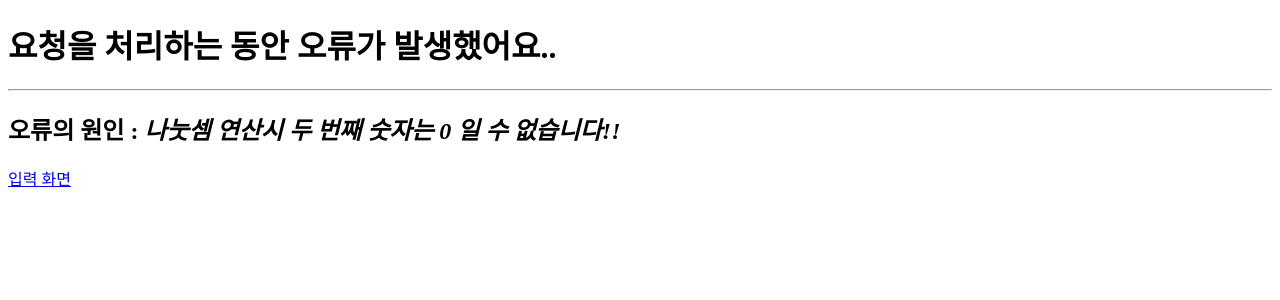
Repository: kdg0109/multicampus_course
Page: http://localhost/mvc/jspexam/errorResult.jsp
The author's editor kept a copy of each file at every save. The page is drawn from the files as they stood at one save, then again after the next save.
The browser window is 1280 px wide. The pictures show the whole page.
The page is served by Tomcat 9. Other server files are loaded and not shown.

Above is the page before, as saved 2018-02-09 05:50:59.

### web course/workspace_web/mvc/WebContent/jspexam/errorResult.jsp
<%@ page language="java" contentType="text/html; charset=UTF-8"
    pageEncoding="UTF-8"%>
<!DOCTYPE html>
<html>
<head>
<meta charset="UTF-8">
<title>연산 결과</title>
<style>
	p em {
		color : orange;
	}
</style>
</head>
<body>
	<h1>요청을 처리하는 동안 오류가 발생했어요..</h1>
	<hr>
<h2>오류의 원인 : <em>나눗셈 연산시 두 번째 숫자는 0 일 수 없습니다!!</em></h2>
<a	href="/mvc/calcForm.html">입력 화면</a>
</body>
</html>

After the next save:
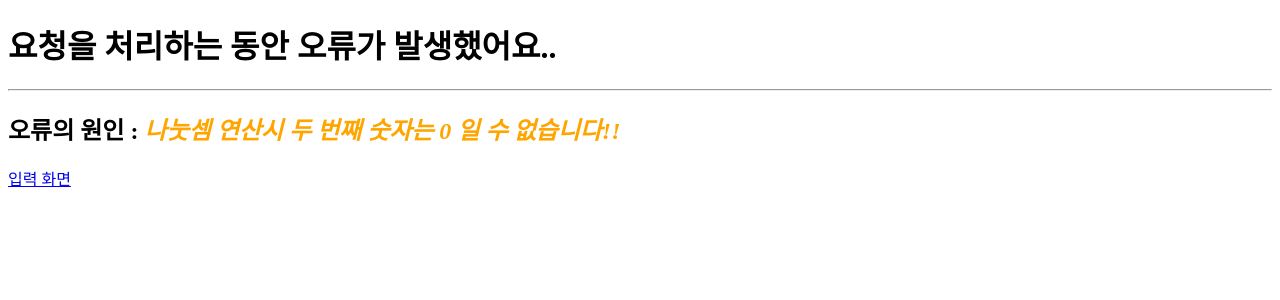
Saved 84 s later.
--- a/web course/workspace_web/mvc/WebContent/jspexam/errorResult.jsp
+++ b/web course/workspace_web/mvc/WebContent/jspexam/errorResult.jsp
@@ -6,7 +6,7 @@
 <meta charset="UTF-8">
 <title>연산 결과</title>
 <style>
-	p em {
+	h2 em {
 		color : orange;
 	}
 </style>
